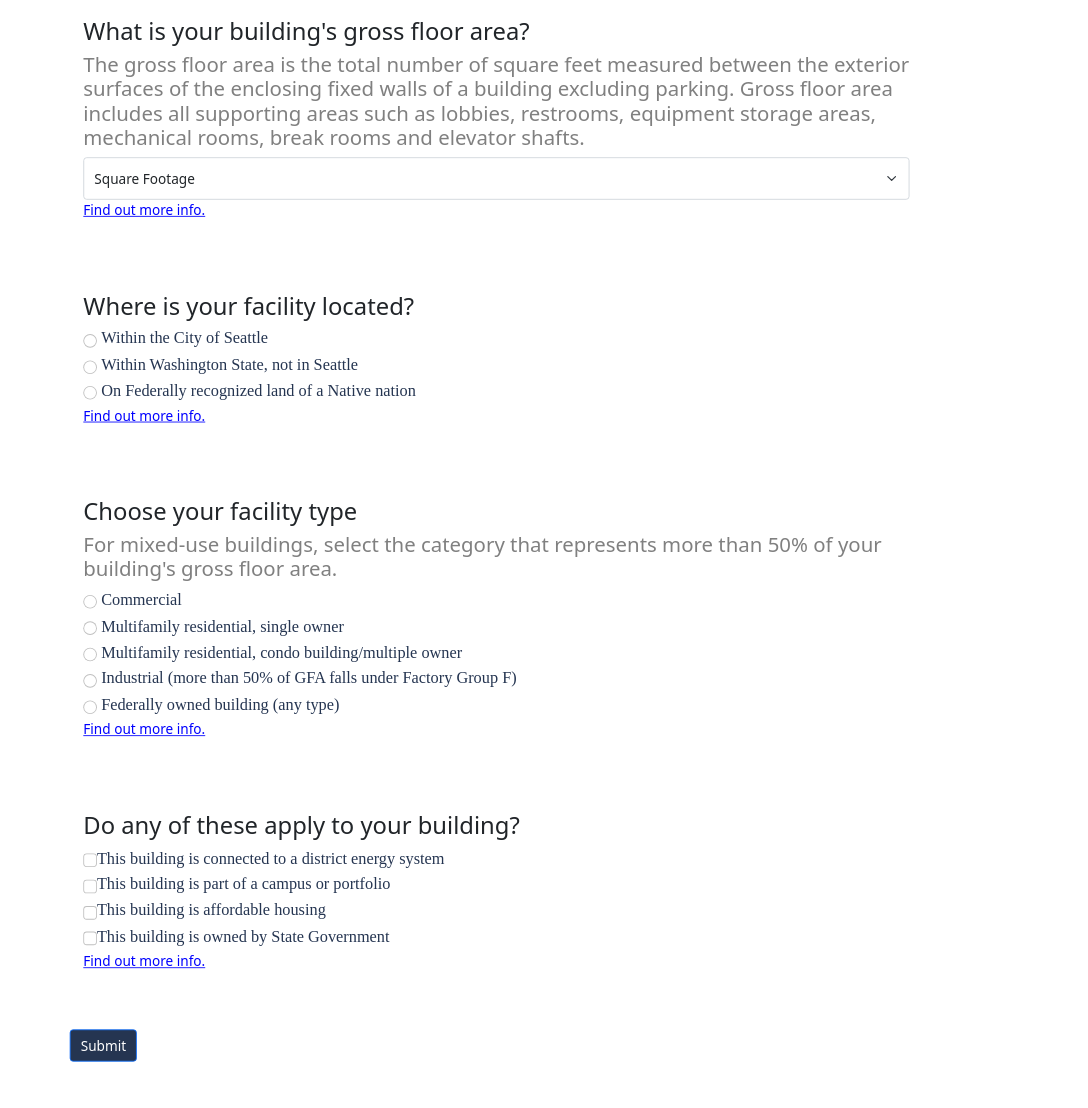
Repository: ChaidGPT/SershonSystemsQuiz
Page: index.html
The author's editor kept a copy of each file at every save. The page is drawn from the files as they stood at one save, then again after the next save.
The browser window is 1280 px wide. The pictures show the whole page, at 85% of full size.

Above is the page before, as saved 2023-07-19 08:58:20.

### index.html
<!DOCTYPE html>
<html>

<head>
	<meta charset="utf-8">
	<title>Quiz</title>
	<link rel="stylesheet" href="https://cdn.jsdelivr.net/npm/bootstrap@5.0.2/dist/css/bootstrap.min.css">
	<style>
	.card {
		width: 90%;
        border: none;
	}

      select {
      color:white;
      background-color:#253551;
      height:50px;
    }

      option {
      text-indent:15px
      }

	.card-column {
		display: flex;
		flex-direction: column;
		align-items: center;
		max-width: auto;
	}

    .btn {
        color: white;
        background-color: #253551;
    }

	.card-body p {
		font-size: 8;
		color: gray;
		line-height: 1.2;
	}

	.form-check-input[type="radio"] {
        font-size: 20x;
		margin-right: 5px;
    }

    .form-check-label {
        font-size: 1.2rem;
      font-family: poppins;
      color: #253551;
      font-weight:500;
    }

	.form-check {
  display: flex;
  align-items: center;
}

.info-link {
    color: blue;
}

#resultContainer {
  overflow-y: auto;
}

#resultMessage {
  text-align: justify;
  font-size: 12px;
}
.card p {
  color: #253551;
}
.card h4 {
  color:grey;
}
	</style>
</head>

<body>
	<div id="quizContainer" class="container">
		<!-- Question 1 Card -->
		<div class="card mb-1 mt-1">
			<div class="card-body">
				<h3 class="card-title">What is your building's gross floor area?</h3>
        <h4 class="card-text">The gross floor area is the total number of square feet measured between the exterior surfaces of the enclosing fixed walls of a building excluding parking. Gross floor area includes all supporting areas such as lobbies, restrooms, equipment storage areas, mechanical rooms, break rooms and elevator shafts.</h4>
				<div class="form-group">
					<select id="buildingSize" type="number" class="form-select">
						<option value="">Square Footage</option>
						<option value="under20k">less than 20k square feet</option>
						<option value="20kTo30k">20k - 30k square feet</option>
						<option value="30kTo50k">30k - 50k square feet</option>
						<option value="50kTo70k">50k - 70k square feet</option>
						<option value="70kTo90k">70k - 90k square feet</option>
						<option value="90kTo100k">90k - 100k square feet</option>
						<option value="100kTo200k">100k - 200k square feet</option>
						<option value="200kTo220k">200k - 220k square feet</option>
						<option value="over220k">over 220k square feet</option>
					</select>
				</div>
				<a href="" target="_blank" class="info-link">Find out more info.</a>
			</div>
		</div>
		<!-- Question 1 Card End -->
		<br>
        <br>
		<!-- Question 2 Card -->
		<div class="card mb-1">
			<div class="card-body">
				<h3 class="card-title">Where is your facility located?</h3>
				<div class="form-check">
					<input type="radio" id="seattle" name="buildingLocation" value="seattle" class="form-check-input">
					<label for="seattle" class="form-check-label">Within the City of Seattle</label>
				</div>
				<div class="form-check">
					<input type="radio" id="washington" name="buildingLocation" value="washington" class="form-check-input">
					<label for="washington" class="form-check-label">Within Washington State, not in Seattle</label>
				</div>
				<div class="form-check">
					<input type="radio" id="native" name="buildingLocation" value="native" class="form-check-input">
					<label for="native" class="form-check-label">On Federally recognized land of a Native nation</label>
				</div>
				<a href="" target="_blank" class="info-link">Find out more info.</a>
			</div>
		</div>
		<!-- Question 2 Card End -->
		<br>
        <br>
		<!-- Question 3 Card -->
		<div class="card mb-1">
			<div class="card-body">
				<h3 class="card-title">Choose your facility type</h3>
				<h4 class="card-text">For mixed-use buildings, select the category that represents more than 50% of your building's gross floor area.</h4>
				<div class="form-group">
					<div class="form-check">
						<input type="radio" id="commercial" name="facilityType" value="commercial" class="form-check-input">
						<label for="commercial" class="form-check-label">Commercial</label>
					</div>
					<div class="form-check">
						<input type="radio" id="MFsingle" name="facilityType" value="MFsingle" class="form-check-input">
						<label for="MFsingle" class="form-check-label">Multifamily residential, single owner</label>
					</div>
					<div class="form-check">
						<input type="radio" id="MFmultiple" name="facilityType" value="MFmultiple" class="form-check-input">
						<label for="MFmultiple" class="form-check-label">Multifamily residential, condo building/multiple owner</label>
					</div>
					<div class="form-check">
						<input type="radio" id="industrial" name="facilityType" value="industrial" class="form-check-input">
						<label for="industrial" class="form-check-label">Industrial (more than 50% of GFA falls under Factory Group F)</label>
					</div>
					<div class="form-check">
						<input type="radio" id="federal" name="facilityType" value="federal" class="form-check-input">
						<label for="federal" class="form-check-label">Federally owned building (any type)</label>
					</div>
				</div>
				<a href="" target="_blank" class="info-link">Find out more info.</a>
			</div>
		</div>
		<!-- Question 3 Card End -->
    <br>
        <br>
    <!-- Question 4 Card -->
<div class="card mb-1">
  <div class="card-body">
      <h3 class="card-title">Do any of these apply to your building?</h3>
      <div class="form-check">
          <input type="checkbox" id="districtEnergy" name="buildingFeatures" value="districtEnergy" class="form-check-input">
          <label for="districtEnergy" class="form-check-label">This building is connected to a district energy system</label>
      </div>
      <div class="form-check">
          <input type="checkbox" id="campusPortfolio" name="buildingFeatures" value="campusPortfolio" class="form-check-input">
          <label for="campusPortfolio" class="form-check-label">This building is part of a campus or portfolio</label>
      </div>
      <div class="form-check">
          <input type="checkbox" id="affordableHousing" name="buildingFeatures" value="affordableHousing" class="form-check-input">
          <label for="affordableHousing" class="form-check-label">This building is affordable housing</label>
      </div>
      <div class="form-check">
          <input type="checkbox" id="stateGovernment" name="buildingFeatures" value="stateGovernment" class="form-check-input">
          <label for="stateGovernment" class="form-check-label">This building is owned by State Government</label>
      </div>
      <a href="" target="_blank" class="info-link">Find out more info.</a>
  </div>
</div>
<!-- Question 4 Card End -->

		<br>
        <br>
		<button id="submitBtn" type="submit" class="btn btn-primary">Submit</button>
	</div>

  <div id="resultContainer" class="container d-flex align-items-center justify-content-center fade" style="display: none;">
    <div class="text-center">
      <p id="resultMessage"></p>
      <button id="goBackBtn" type="button" class="btn btn-primary">Go back</button>
    </div>
  </div>

	<script src="https://cdn.jsdelivr.net/npm/bootstrap@5.0.2/dist/js/bootstrap.bundle.min.js"></script>
	<script>

    // Info Snippets
    var fullEXEMPT = '<h3>Exempt</h3> <h4>Based on the answers provided, your facility is not subject to the following regulations:</h4><br>' +
                'Seattle Energy Benchmarking, Seattle Building Tune-Ups, WA Clean Buildings Performance Standard, or Seattle Building Emissions Performance Standard<br>' +
                'To learn more, contact Sershon Systems at (206)745-2938 or emily@sershonsystems.com.<br><br>' +
                '<h4>Possible Reasons for Exemption:</h4><br>' +
                '&#8226; Federal ownership<br>' +
                '&#8226; Industrial facility<br>' +
                '&#8226; Located within a Native nation<br>' +
                '&#8226; Facilities less than 20,000 square feet<br><br>' +
                '<h4>You may be required to apply for exemption and provide supporting documentation.</h4><br>' +
                '• Contact Sershon Systems to discuss specific exemption application deadlines.';
    var answerBegin = '<h3>Your Compliance Timeline</h3><p>Based on the answers provided, your facility is subject to the legislation and deadlines shown. For more information on compliance, to get started, or to speak with a qualified person, contact Sershon Systems at (206)745-2938 or emily@sershonsystems.com</p>';
    var sebOct1st23 = '<h4>Seattle Energy Benchmarking</h4>' +
                      '<ul>' +
                        '<li>Oct 1st, 2023, then annually on June 1st</li>' +
                      '</ul>';
    var setuOct1st23 = '<h4>Seattle Building Tune-Ups</h4>' +
                        '<ul>' +
                          '<li>Oct 1st, 2023</li>' +
                        '</ul>';
    var setuOct1st25 = '<h4>Seattle Building Tune-Ups</h4>' +
                        '<ul>' +
                          '<li>Oct 1st, 2025</li>' +
                        '</ul>';
    var cbpsJun1sr23  = '<h4>WA Clean Buildings Performance Standard</h4>' +
                          '<ul>' +
                            '<li>June 1st, 2024: last date to start 24-month data collection window</li>' +
                            '<li>June 1st, 2025: energy management plan must be implemented</li>' +
                            '<li>June 1st, 2026 compliance deadline, and every 5 years thereafter</li>' +
                          '</ul>';
    var sbepsOct1st24 = '<h4>Seattle Building Emissions Performance Standard</h4>' +
                          '<ul>' +
                            '<li>Oct 1st, 2027: reporting deadline</li>' +
                            '<li>Oct 1st, 2031: compliance deadline</li>' +
                            '<li>Every 5 years, achieving net zero emissions Oct 1st, 2041</li>' +
                          '</ul>';
    var cbpsJune1st25 = '<h4>Clean Buildings Performance Standard</h4>' +
                            '<ul>' +
                              '<li>June 1st, 2025: last date to start 24-month data collection window</li>' +
                              '<li>June 1st, 2026: energy management plan must be implemented</li>' +
                              '<li>June 1st, 2027 compliance deadline, and every 5 years thereafter</li>' +
                            '</ul>';
    var sbepsOct1st27 = '<h4>Seattle Building Emissions Performance Standard</h4>' +
                              '<ul>' +
                                '<li>Oct 1st, 2027: reporting deadline</li>' +
                                '<li>Oct 1st, 2032: compliance deadline</li>' +
                                '<li>Every 5 years, achieving net zero emissions Oct 1st, 2042</li>' +
                              '</ul>';
    var sbtuOct1st24 = '<h4>Seattle Building Tune-Ups</h4>' +
                        '<ul>' +
                          '<li>Oct 1st, 2024</li>' +
                        '</ul>';
    var sbtuOct1st25 = '<h4>Seattle Building Tune-Ups</h4>' +
                        '<ul>' +
                          '<li>Oct 1st, 2025</li>' +
                        '</ul>';
    var cbpsJune1st26 = '<h4>WA Clean Buildings Performance Standard</h4>' +
                        '<ul>' +
                          '<li>June 1st, 2026: last date to start 24-month data collection window</li>' +
                          '<li>June 1st, 2027: energy management plan must be implemented</li>' +
                          '<li>June 1st, 2028 compliance deadline, and every 5 years thereafter</li>' +
                        '</ul>';
    var cbpsJuly1st26 = '<h4>WA Clean Buildings Performance Standard</h4>' +
                        '<ul>' +
                          '<li>July 1st, 2026 energy management plan must be implemented</li>' +
                          '<li>July 1st, 2027 reporting only, then compliance on 5-year cycle</li>' +
                        '</ul>';
    var cbpsJune1st2527 = '<h4>WA Clean Buildings Performance Standard</h4>' +
                        '<ul>' +
                          '<li>June 1st, 2025: last date to start 24-month data collection window' +
                          '<li>June 1st, 2026: energy management plan must be implemented</li>' +
                          '<li>June 1st, 2027: compliance deadline, and every 5 years thereafter</li>' +
                        '</ul>';
    var sbepsOct1st28 = '<h4>Seattle Building Emissions Performance Standard</h4>' +
                        '<ul>' +
                          '<li>Oct 1st, 2028: reporting deadline</li>' +
                          '<li>Oct 1st, 2033: compliance deadline</li>' +
                          '<li>Every 5 years, achieving net zero emissions Oct 1st, 2043</li>' +
                        '</ul>';
    var sbtuOct1st26 = '<h4>Seattle Building Tune-Ups</h4>' +
                        '<ul>' +
                          '<li>Oct 1st, 2026</li>' +
                        '</ul>';
    var sbepsOct1st29 = '<h4>Seattle Building Emissions Performance Standard</h4>' +
                        '<ul>' +
                          '<li>Oct 1st, 2029: reporting deadline</li>' +
                          '<li>Oct 1st, 2034: compliance deadline Every 5 years, achieving net zero emissions Oct 1st, 2044</li>' +
                        '</ul>';
    var sbepsOct1st30 = '<h4>Seattle Building Emissions Performance Standard</h4>' +
                        '<ul>' +
                          '<li>Oct 1st, 2030: reporting deadline</li>' +
                          '<li>Oct 1st, 2035: compliance deadline Every 5 years, achieving net zero emissions Oct 1st, 2045</li>' +
                        '</ul>';
    var sbepsOct1st2731 = '<h4>Seattle Building Emissions Performance Standard</h4>' +
                        '<ul>' +
                          '<li>Oct 1st, 2027: reporting deadline</li>' +
                          '<li>Oct 1st, 2031: compliance deadline Every 5 years, achieving net zero emissions Oct 1st, 2046</li>' +
                        '</ul>';
    var sbepsOct1st2833 = '<h4>Seattle Building Emissions Performance Standard</h4>' +
                        '<ul>' +
                          '<li>Oct 1st, 2028: reporting deadline' +
                          '<li>Oct 1st, 2033: compliance deadline Every 5 years, achieving net zero emissions Oct 1st, 2048</li>' +
                        '</ul>';
    var sbepsOct1st2949 = '<h4>Seattle Building Emissions Performance Standard</h4>' +
                        '<ul>' +
                          '<li>Oct 1st, 2029: reporting deadline' +
                          '<li>Oct 1st, 2034: compliance deadline Every 5 years, achieving net zero emissions Oct 1st, 2049</li>' +
                        '</ul>';
    var sbepsOct1st20 = '<h4>Seattle Building Emissions Performance Standard</h4>' +
                        '<ul>' +
                          '<li>Oct 1st, 2020: reporting deadline' +
                          '<li>Oct 1st, 2035: compliance deadline Every 5 years, achieving net zero emissions Oct 1st, 2050</li>' +
                        '</ul>';
    var sbepsOct1st2732 = '<h4>Seattle Building Emissions Performance Standard</h4>' +
                        '<ul>' +
                          '<li>Oct 1st, 2027: reporting deadline</li>' +
                          '<li>Oct 1st, 2032: compliance deadline Every 5 years, achieving net zero emissions Oct 1st, 2047</li>' +
                        '</ul>';
    // End Info Snippets

    var messageTable = {

      // Answer 1
      'over220k-seattle-commercial': 'Answer 1<br>' + answerBegin + sebOct1st23 + setuOct1st23 + cbpsJun1sr23 + sbepsOct1st24,

      // Answer 2
      '200kTo220k-seattle-commercial': 'Answer 2<br>' + answerBegin + sebOct1st23 + setuOct1st23 + cbpsJune1st25 + sbepsOct1st27,

      // Answer 3
      '100kTo200k-seattle-commercial': 'Answer 3<br>' + answerBegin + sebOct1st23 + sbtuOct1st24 + cbpsJune1st25 + sbepsOct1st27,

      // Answer 4
      '90kTo100k-seattle-commercial': 'Answer 4<br>' + answerBegin + sebOct1st23 + setuOct1st25 + cbpsJune1st25 + sbepsOct1st27,

      // Answer 5
      '70kTo90k-seattle-commercial': 'Answer 5<br>' + answerBegin + sebOct1st23 + sbtuOct1st25 + cbpsJune1st26 + sbepsOct1st28,

      // Answer 6
      '50kTo70k-seattle-commercial': 'Answer 6<br>' + answerBegin + sebOct1st23 + cbpsJune1st26 + sbepsOct1st28 + sbtuOct1st26,

      // Answer 7
      '30kTo50k-seattle-commercial': 'Answer 7<br>' + answerBegin + sebOct1st23 + cbpsJuly1st26 + sbepsOct1st29,

      // Answer 8
      '20kTo30k-seattle-commercial': 'Answer 8<br> ' + answerBegin + sebOct1st23 + cbpsJuly1st26 + sbepsOct1st30,

      // Answer 9
      '20kTo30k-washington-MFmultiple': 'Answer 9<br>' + fullEXEMPT,
      '30kTo50k-washington-MFmultiple': 'Answer 9<br>' + fullEXEMPT,
      '50kTo70k-washington-MFmultiple': 'Answer 9<br>' + fullEXEMPT,
      '70kTo90k-washington-MFmultiple': 'Answer 9<br>' + fullEXEMPT,
      '90kTo100k-washington-MFmultiple': 'Answer 9<br>' + fullEXEMPT,
      '100kTo200k-washington-MFmultiple': 'Answer 9<br>' + fullEXEMPT,
      '200kTo220k-washington-MFmultiple': 'Answer 9<br>' + fullEXEMPT,
      'over220k-washington-MFmultiple': 'Answer 9<br>' + fullEXEMPT,

      // Answer 10
      'over220k-seattle-MFsingle': 'Answer 10<br>' + answerBegin + sebOct1st23 + cbpsJuly1st26 + sbepsOct1st2731,

      // Answer 11
      '90kTo100k-seattle-MFsingle': 'Answer 11<br>' + answerBegin + sebOct1st23 + cbpsJuly1st26 + sbepsOct1st2732,
      '100kTo200k-seattle-MFsingle': 'Answer 11<br>' + answerBegin + sebOct1st23 + cbpsJuly1st26 + sbepsOct1st2732,
      '200kTo220k-seattle-MFsingle': 'Answer 11<br>' + answerBegin + sebOct1st23 + cbpsJuly1st26 + sbepsOct1st2732,

      // Answer 12
      '50kTo70k-seattle-MFsingle': 'Answer 12<br>' + answerBegin + sebOct1st23 + cbpsJuly1st26 + sbepsOct1st2833,
      '70kTo90k-seattle-MFsingle': 'Answer 12<br>' + answerBegin + sebOct1st23 + cbpsJuly1st26 + sbepsOct1st2833,

      // Answer 13
      '30kTo50k-seattle-MFsingle': 'Answer 13<br>' + answerBegin + sebOct1st23 + cbpsJuly1st26 + sbepsOct1st2949,

      // Answer 14
      '20kTo30k-seattle-MFsingle': 'Answer 14<br>' + answerBegin + sebOct1st23 + cbpsJuly1st26 + sbepsOct1st20,

      // Answer 15
      'over220k-seattle-MFmultiple': 'Answer 15<br>' + answerBegin + sebOct1st23 + sbepsOct1st2731,

      // Answer 16
      '90kTo100k-seattle-MFmultiple': 'Answer 16<br>' + answerBegin + sebOct1st23 + sbepsOct1st2732,
      '100kTo200k-seattle-MFmultiple': 'Answer 16<br>' + answerBegin + sebOct1st23 + sbepsOct1st2732,
      '200kTo220k-seattle-MFmultiple': 'Answer 16<br>' + answerBegin + sebOct1st23 + sbepsOct1st2732,

      // Answer 17
      '50kTo70k-seattle-MFmultiple': 'Answer 17<br>' + answerBegin + sebOct1st23 + sbepsOct1st2833,
      '70kTo90k-seattle-MFmultiple': 'Answer 17<br>' + answerBegin + sebOct1st23 + sbepsOct1st2833,

      // Answer 18
      '30kTo50k-seattle-MFmultiple': 'Answer 18' + answerBegin + sebOct1st23 + sbepsOct1st2949,

      // Answer 19
      '20kTo30k-seattle-MFmultiple': 'Answer 19<br>' + answerBegin + sebOct1st23 + sbepsOct1st20,

      // Answer 20
      'over220k-washington-commercial': 'Answer 20<br>' + answerBegin + cbpsJun1sr23,

      // Answer 21
      '90kTo100k-washington-commercial': 'Answer 21<br>' + answerBegin + cbpsJune1st2527,
      '100kTo200k-washington-commercial': 'Answer 21<br>' + answerBegin + cbpsJune1st2527,
      '200kTo220k-washington-commercial': 'Answer 21<br>' + answerBegin + cbpsJune1st2527,

      // Answer 22
      '50kTo70k-washington-commercial': 'Answer 22<br>' + answerBegin + cbpsJune1st26,
      '70kTo90k-washington-commercial': 'Answer 22<br>' + answerBegin + cbpsJune1st26,

      // Answer 23
      '20kTo30k-washington-commercial': 'Answer 23<br>' + answerBegin + cbpsJuly1st26,
      '30kTo50k-washington-commercial': 'Answer 23<br>' + answerBegin + cbpsJuly1st26,
      '20kTo30k-washington-MFsingle': 'Answer 23<br>' + answerBegin + cbpsJuly1st26,
      '30kTo50k-washington-MFsingle': 'Answer 23<br>' + answerBegin + cbpsJuly1st26,
      '50kTo70k-washington-MFsingle': 'Answer 23<br>' + answerBegin + cbpsJuly1st26,
      '70kTo90k-washington-MFsingle': 'Answer 23<br>' + answerBegin + cbpsJuly1st26,
      '90kTo100k-washington-MFsingle': 'Answer 23<br>' + answerBegin + cbpsJuly1st26,
      '100kTo200k-washington-MFsingle': 'Answer 23<br>' + answerBegin + cbpsJuly1st26,
      '200kTo220k-washington-MFsingle': 'Answer 23<br>' + answerBegin + cbpsJuly1st26,
      'over220k-washington-MFsingle': 'Answer 23<br>' + answerBegin + cbpsJuly1st26,
    };

    document.querySelector("#submitBtn").addEventListener("click", function(event) {
  event.preventDefault();

  var DD = document.querySelector('#buildingSize').value;
  var R1 = document.querySelector('input[name="buildingLocation"]:checked').value;
  var R2 = document.querySelector('input[name="facilityType"]:checked').value;

  // Retrieve the selected checkboxes for the 4th question
  var checkboxes = document.querySelectorAll('input[name="buildingFeatures"]:checked');
  var buildingFeatures = Array.from(checkboxes).map(checkbox => checkbox.value);

  // Check to see if the user chose a square footage
  if (DD === '') {
    alert("Please select a square footage option.");
    return;
  }

  var combination = DD + '-' + R1 + '-' + R2 + '_' + buildingFeatures.Join(',');

  // Check if the combination contains specific values
  if (R1 === 'native' || R2 === 'federal' || R2 === 'industrial' || DD === 'under20k') {
    var message = fullEXEMPT;
  } else {
    // Retrieve the message from the message table using the combination key
    var message = messageTable[combination] || 'Default message';
  }

  // Hide the quiz container with fade animation
  var quizContainer = document.getElementById('quizContainer');
  quizContainer.classList.add('fade');
  setTimeout(function() {
    quizContainer.style.display = 'none';
    quizContainer.classList.remove('fade');

    // Scroll to the top of the page
    window.scrollTo({ top: 600, behavior: 'smooth' });

    // Display the result container with fade animation
    var resultContainer = document.getElementById('resultContainer');
    resultContainer.style.display = 'flex';
    document.getElementById('resultMessage').innerHTML = message;
    resultContainer.classList.add('show');
  }, 1000); // Adjust the delay (in milliseconds) to match the animation duration
});

document.querySelector("#goBackBtn").addEventListener("click", function(event) {
  event.preventDefault();

  // Set the scroll query parameter to true in the URL
  var url = new URL(window.location.href);
  url.searchParams.set("scroll", "true");
  window.location.href = url.toString();
});

window.onload = function() {
  // Check if the scroll query parameter is set to true
  var urlParams = new URLSearchParams(window.location.search);
  var shouldScroll = urlParams.get("scroll");

  if (shouldScroll === "true") {
    // Scroll down by 600 pixels with a smooth scrolling animation
    setTimeout(function() {
      window.scrollTo({ top: 600, behavior: 'smooth' });
    }, 0);
  }
};


</script>

</body>

</html>

After the next save:
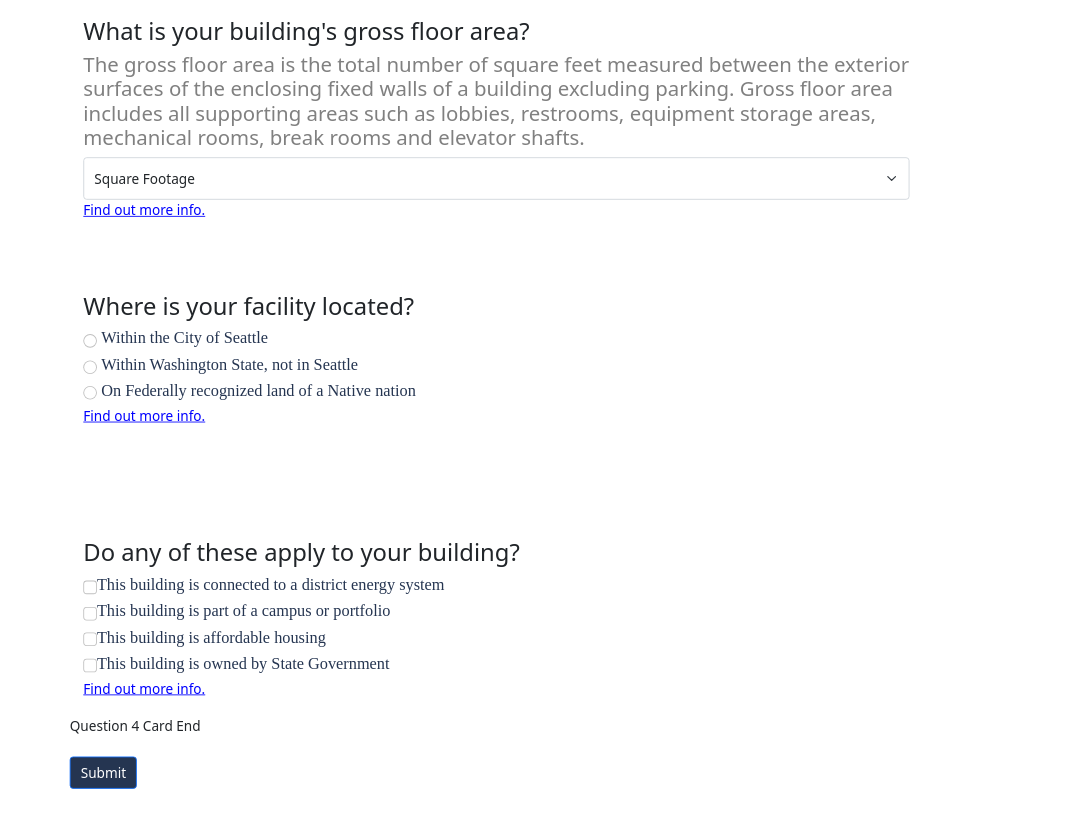
Saved 2 min 3 s later.
--- a/index.html
+++ b/index.html
@@ -126,8 +126,9 @@
 		<!-- Question 2 Card End -->
 		<br>
         <br>
+
 		<!-- Question 3 Card -->
-		<div class="card mb-1">
+		<!-- <div class="card mb-1">
 			<div class="card-body">
 				<h3 class="card-title">Choose your facility type</h3>
 				<h4 class="card-text">For mixed-use buildings, select the category that represents more than 50% of your building's gross floor area.</h4>
@@ -155,8 +156,9 @@
 				</div>
 				<a href="" target="_blank" class="info-link">Find out more info.</a>
 			</div>
-		</div>
+		</div> -->
 		<!-- Question 3 Card End -->
+
     <br>
         <br>
     <!-- Question 4 Card -->
@@ -182,7 +184,8 @@
       <a href="" target="_blank" class="info-link">Find out more info.</a>
   </div>
 </div>
-<!-- Question 4 Card End -->
+Question 4 Card End
+
 
 		<br>
         <br>
@@ -423,9 +426,9 @@
   var R1 = document.querySelector('input[name="buildingLocation"]:checked').value;
   var R2 = document.querySelector('input[name="facilityType"]:checked').value;
 
-  // Retrieve the selected checkboxes for the 4th question
-  var checkboxes = document.querySelectorAll('input[name="buildingFeatures"]:checked');
-  var buildingFeatures = Array.from(checkboxes).map(checkbox => checkbox.value);
+  // // Retrieve the selected checkboxes for the 4th question
+  // var checkboxes = document.querySelectorAll('input[name="buildingFeatures"]:checked');
+  // var buildingFeatures = Array.from(checkboxes).map(checkbox => checkbox.value);
 
   // Check to see if the user chose a square footage
   if (DD === '') {
